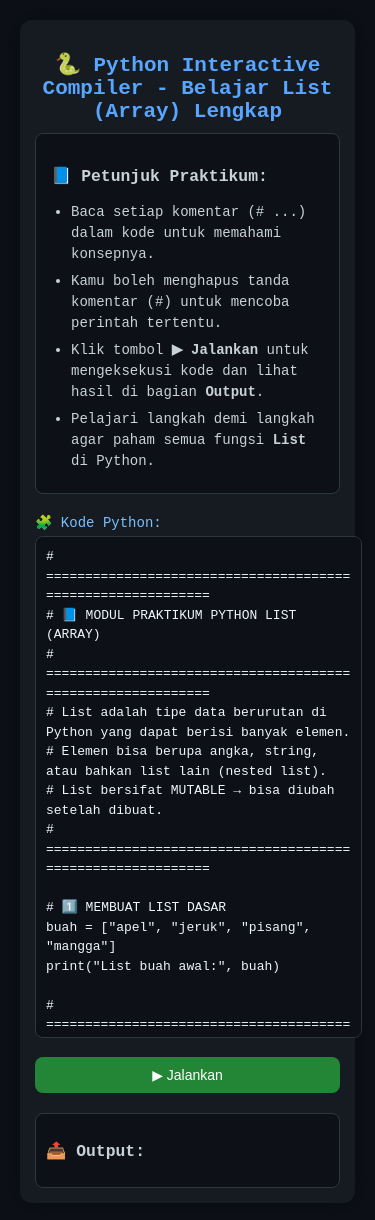
Repository: smkmutipugademak/Array
Page: index.html
The author's editor kept a copy of each file at every save. The page is drawn from the files as they stood at one save, then again after the next save.
The browser window is 375 px wide. The pictures show the whole page.
An inner scrolling area shows only its first screen.

Above is the page before, as saved 2025-11-11 04:50:12.

### index.html
<!DOCTYPE html>
<html lang="id">

<head>
    <meta charset="UTF-8" />
    <meta name="viewport" content="width=device-width, initial-scale=1.0" />
    <title>🐍 Python Interactive Compiler - Modul List Lengkap</title>
    <link rel="stylesheet" href="style.css" />
</head>

<body>
    <div class="container">
        <h2>🐍 Python Interactive Compiler - Belajar List (Array) Lengkap</h2>

        <div class="instructions">
            <h3>📘 Petunjuk Praktikum:</h3>
            <ul>
                <li>Baca setiap komentar (<code># ...</code>) dalam kode untuk memahami konsepnya.</li>
                <li>Kamu boleh menghapus tanda komentar (<code>#</code>) untuk mencoba perintah tertentu.</li>
                <li>Klik tombol <b>▶ Jalankan</b> untuk mengeksekusi kode dan lihat hasil di bagian <b>Output</b>.</li>
                <li>Pelajari langkah demi langkah agar paham semua fungsi <b>List</b> di Python.</li>
            </ul>
        </div>

        <div class="editor-container">
            <label for="editor">🧩 Kode Python:</label>
            <textarea id="editor" spellcheck="false">
# ============================================================
# 📘 MODUL PRAKTIKUM PYTHON LIST (ARRAY)
# ============================================================
# List adalah tipe data berurutan di Python yang dapat berisi banyak elemen.
# Elemen bisa berupa angka, string, atau bahkan list lain (nested list).
# List bersifat MUTABLE → bisa diubah setelah dibuat.
# ============================================================

# 1️⃣ MEMBUAT LIST DASAR
buah = ["apel", "jeruk", "pisang", "mangga"]
print("List buah awal:", buah)

# ============================================================
# 2️⃣ MENGAKSES ELEMEN LIST
# Indeks dimulai dari 0.
# buah[0] → elemen pertama
# buah[-1] → elemen terakhir
# ============================================================
print("Buah pertama:", buah[0])
print("Buah terakhir:", buah[-1])

# ============================================================
# 3️⃣ MENGUBAH NILAI DALAM LIST
# Karena list bersifat mutable, kita bisa ubah elemen langsung.
# ============================================================
buah[0] = "apel hijau"
print("Setelah diubah:", buah)

# ============================================================
# 4️⃣ MENAMBAH DATA KE LIST
# - append(x): menambah 1 elemen di akhir
# - insert(i, x): menyisipkan di indeks tertentu
# - extend(iterable): menambah beberapa elemen sekaligus
# ============================================================
buah.append("melon")
buah.insert(2, "anggur")
buah.extend(["nanas", "pepaya"])
print("Setelah ditambah:", buah)

# ============================================================
# 5️⃣ MENGHAPUS DATA DARI LIST
# - remove(x): hapus elemen pertama dengan nilai x
# - pop(): hapus elemen terakhir dan kembalikan nilainya
# - clear(): hapus semua elemen list
# ============================================================
buah.remove("jeruk")
hapus = buah.pop()
print("Setelah dihapus:", buah)
print("Yang dihapus:", hapus)

# ============================================================
# 6️⃣ FUNGSI DASAR PADA LIST
# len() → menghitung jumlah elemen
# count(x) → menghitung jumlah kemunculan nilai x
# index(x) → mencari posisi elemen x (ValueError jika tidak ada)
# ============================================================
angka = [2, 4, 5, 5, 10, 4]
print("List angka:", angka)
print("Jumlah elemen:", len(angka))
print("Banyak angka 5:", angka.count(5))
print("Indeks angka 4:", angka.index(4))

# ============================================================
# 7️⃣ OPERASI MATEMATIKA LIST
# + → menggabungkan list
# * → menduplikasi list
# in / not in → cek keanggotaan
# ============================================================
print("Penjumlahan list:", angka + [20, 30])
print("Duplikasi list:", angka * 2)
print("Apakah 4 ada di list?", 4 in angka)

# ============================================================
# 8️⃣ SLICING LIST
# Format: list[start:end:step]
# Gunakan [::-1] untuk membalik list.
# ============================================================
print("Elemen ke-2 s.d 4:", angka[1:4])
print("Membalik urutan:", angka[::-1])

# ============================================================
# 9️⃣ NESTED LIST (LIST DI DALAM LIST)
# Akses dengan dua indeks: list[baris][kolom]
# ============================================================
kelas = [["Ani", 80], ["Budi", 90], ["Citra", 85]]
print("Nilai Budi:", kelas[1][1])

# ============================================================
# 🔟 LOOPING DALAM LIST
# Bisa langsung atau dengan enumerate() untuk ambil indeks.
# ============================================================
print("Daftar nilai siswa:")
for nama, nilai in kelas:
    print("-", nama, "=", nilai)

# ============================================================
# 11️⃣ LIST COMPREHENSION
# Cara cepat membuat list baru dari list lama.
# Format: [ekspresi for item in iterable if kondisi]
# ============================================================
kuadrat = [x**2 for x in range(1, 6)]
print("Kuadrat 1–5:", kuadrat)

# ============================================================
# 12️⃣ SORTING & REVERSING
# sort(): urut naik
# reverse(): balik urutan
# ============================================================
angka2 = [9, 3, 6, 1, 7]
angka2.sort()
print("Urut naik:", angka2)
angka2.reverse()
print("Urut turun:", angka2)

# ============================================================
# 13️⃣ COPY DAN CLEAR LIST
# copy(): membuat salinan list
# clear(): mengosongkan list
# ============================================================
salinan = angka2.copy()
salinan.append(100)
print("Asli:", angka2)
print("Salinan:", salinan)
salinan.clear()
print("Setelah clear:", salinan)

# ============================================================
# 14️⃣ LOOPING DENGAN RANGE DAN ENUMERATE
# enumerate(list) → mengembalikan pasangan (indeks, nilai)
# ============================================================
warna = ["merah", "hijau", "biru"]
for i, w in enumerate(warna):
    print(f"Indeks {i} = {w}")

# ============================================================
# 15️⃣ SPLIT DAN JOIN STRING ↔ LIST
# split(): ubah string jadi list
# join(): ubah list jadi string
# ============================================================
kalimat = "belajar python sangat menyenangkan"
kata = kalimat.split()
print("List kata:", kata)
gabung = " ".join(kata)
print("Kalimat kembali:", gabung)

# ============================================================
# 16️⃣ NESTED LOOP UNTUK LIST 2D
# ============================================================
matrix = [[1,2,3],[4,5,6],[7,8,9]]
print("Isi matrix:")
for baris in matrix:
    for elemen in baris:
        print(elemen, end=" ")
    print()

# ============================================================
# ✅ KESIMPULAN:
# - List adalah struktur data fleksibel dan dapat diubah.
# - Gunakan append(), insert(), extend() untuk menambah data.
# - Gunakan remove(), pop(), clear() untuk menghapus.
# - Gunakan count(), index() untuk mencari.
# - Gunakan slicing untuk mengambil bagian list.
# - Gunakan comprehension untuk membuat list baru dengan cepat.
# ============================================================

print("\n✅ Semua fungsi List Python telah dipelajari!")
      </textarea>
        </div>

        <button id="runBtn">▶ Jalankan</button>

        <div class="output-container">
            <h3>📤 Output:</h3>
            <pre id="output"></pre>
        </div>
    </div>

    <script src="https://cdn.jsdelivr.net/npm/skulpt@1.2.0/dist/skulpt.min.js"></script>
    <script src="https://cdn.jsdelivr.net/npm/skulpt@1.2.0/dist/skulpt-stdlib.js"></script>
    <script src="script.js"></script>
</body>

</html>

### style.css
body {
    background-color: #0d1117;
    color: #c9d1d9;
    font-family: "Fira Code", monospace;
    font-size: 14px;
    display: flex;
    justify-content: center;
    align-items: center;
    min-height: 100vh;
    margin: 0;
    padding: 20px;
}

.container {
    background-color: #161b22;
    padding: 20px;
    border-radius: 12px;
    width: 90%;
    max-width: 950px;
    box-shadow: 0 0 25px rgba(0, 0, 0, 0.5);
}

h2 {
    text-align: center;
    color: #58a6ff;
    margin-bottom: 10px;
}

.instructions {
    background-color: #0d1117;
    border: 1px solid #30363d;
    border-radius: 8px;
    padding: 15px;
    margin-bottom: 20px;
}

.instructions ul {
    margin: 0;
    padding-left: 20px;
}

.instructions li {
    margin-bottom: 6px;
    line-height: 1.5;
}

.editor-container label {
    display: block;
    margin-bottom: 5px;
    color: #79c0ff;
}

textarea {
    width: 100%;
    height: 650px;
    background-color: #0d1117;
    color: #f0f6fc;
    border: 1px solid #30363d;
    border-radius: 8px;
    padding: 10px;
    font-size: 14px;
    resize: none;
    line-height: 1.5;
}

button {
    display: block;
    margin: 15px auto 0;
    padding: 10px 25px;
    border: none;
    background-color: #238636;
    color: white;
    border-radius: 8px;
    cursor: pointer;
    font-size: 14px;
    transition: background 0.3s;
}

button:hover {
    background-color: #2ea043;
}

.output-container {
    margin-top: 20px;
    background-color: #0d1117;
    border: 1px solid #30363d;
    border-radius: 8px;
    padding: 10px;
}

pre {
    color: #f0f6fc;
    font-size: 14px;
    white-space: pre-wrap;
}

/* Responsif */
@media (max-width: 600px) {
    .container {
        width: 100%;
        padding: 15px;
    }

    textarea {
        height: 480px;
        font-size: 13px;
    }

    button {
        width: 100%;
    }
}

### script.js
function outf(text) {
    const outputArea = document.getElementById("output");
    outputArea.innerHTML += text + "\n";
}

function builtinRead(x) {
    if (Sk.builtinFiles === undefined || Sk.builtinFiles["files"][x] === undefined)
        throw "File not found: '" + x + "'";
    return Sk.builtinFiles["files"][x];
}

document.getElementById("runBtn").addEventListener("click", () => {
    const prog = document.getElementById("editor").value;
    const outputArea = document.getElementById("output");
    outputArea.innerHTML = "";

    Sk.configure({ output: outf, read: builtinRead });
    const promise = Sk.misceval.asyncToPromise(() =>
        Sk.importMainWithBody("<stdin>", false, prog, true)
    );

    promise.then(
        () => outf("\n✅ Program selesai tanpa error."),
        (err) => outf("\n❌ Error: " + err.toString())
    );
});

After the next save:
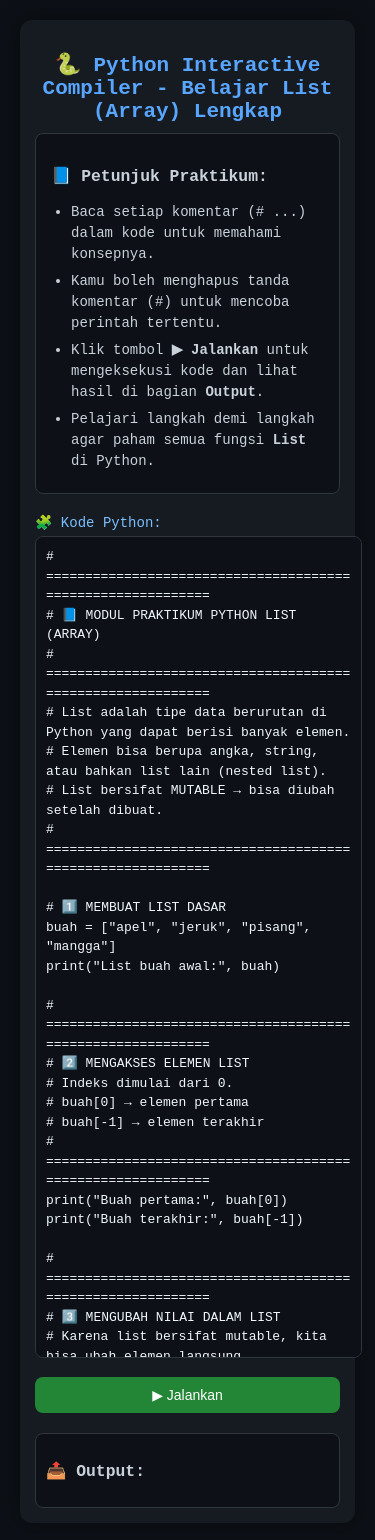
Saved 7 s later.
--- a/style.css
+++ b/style.css
@@ -52,7 +52,7 @@ h2 {
 
 textarea {
     width: 100%;
-    height: 650px;
+    height: 1000px;
     background-color: #0d1117;
     color: #f0f6fc;
     border: 1px solid #30363d;
@@ -102,7 +102,7 @@ pre {
     }
 
     textarea {
-        height: 480px;
+        height: 800px;
         font-size: 13px;
     }
 
